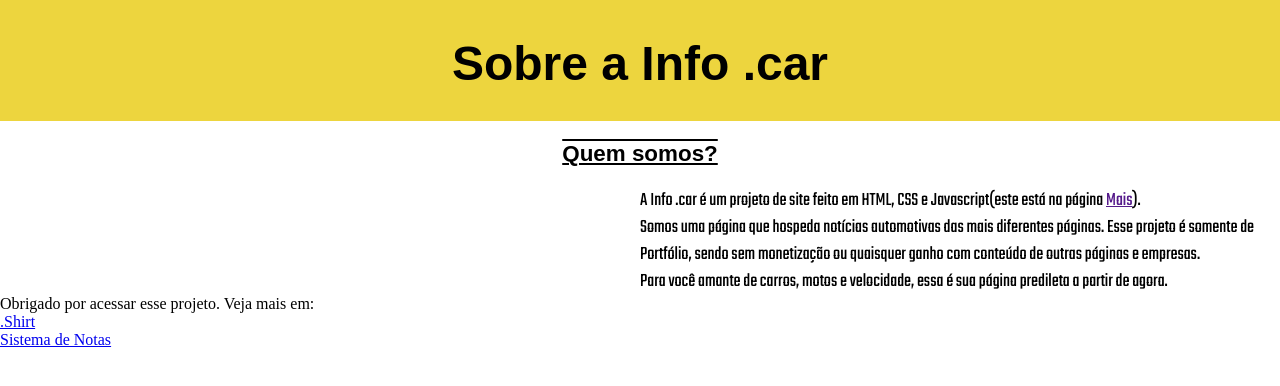
Repository: Leonngc/projeto-info.car
Page: sobre.html
An editor plug-in stored every save of this project. The page is shown before and after a run of saves, followed by the edit.
The browser window is 1280 px wide. The pictures show the whole page.
Some web fonts or font styles are not loaded; a fallback is used.

Above is the page before, as saved 2022-11-05 15:27:01.

After the next 2 saves:
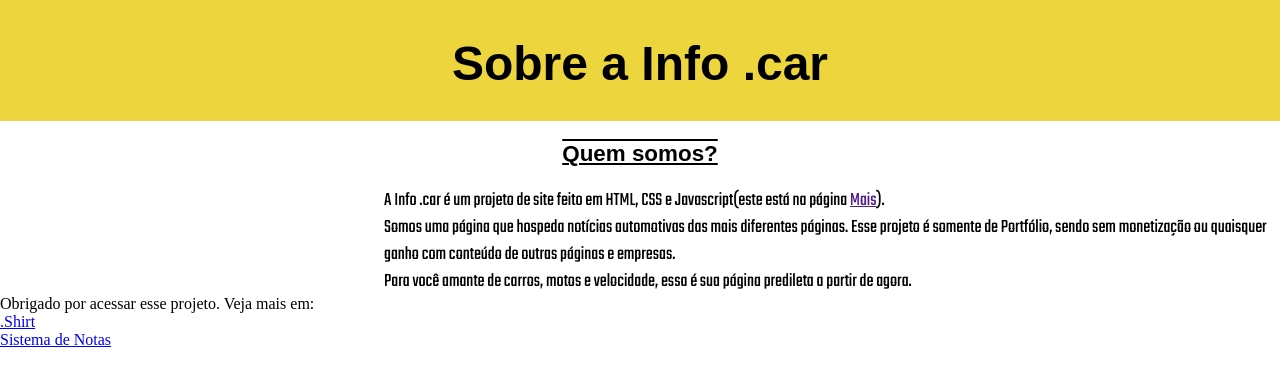
The 2 saves are shown as one change because they came seconds apart.
The last was saved 7 s later.
--- a/sobre.css
+++ b/sobre.css
@@ -36,5 +36,5 @@ article > h1{
 article > p{
    font-family: var(--font-text);
    font-size: 1.2em;
-   margin-left: 50vw;
+   margin-left: 30vw;
 }
